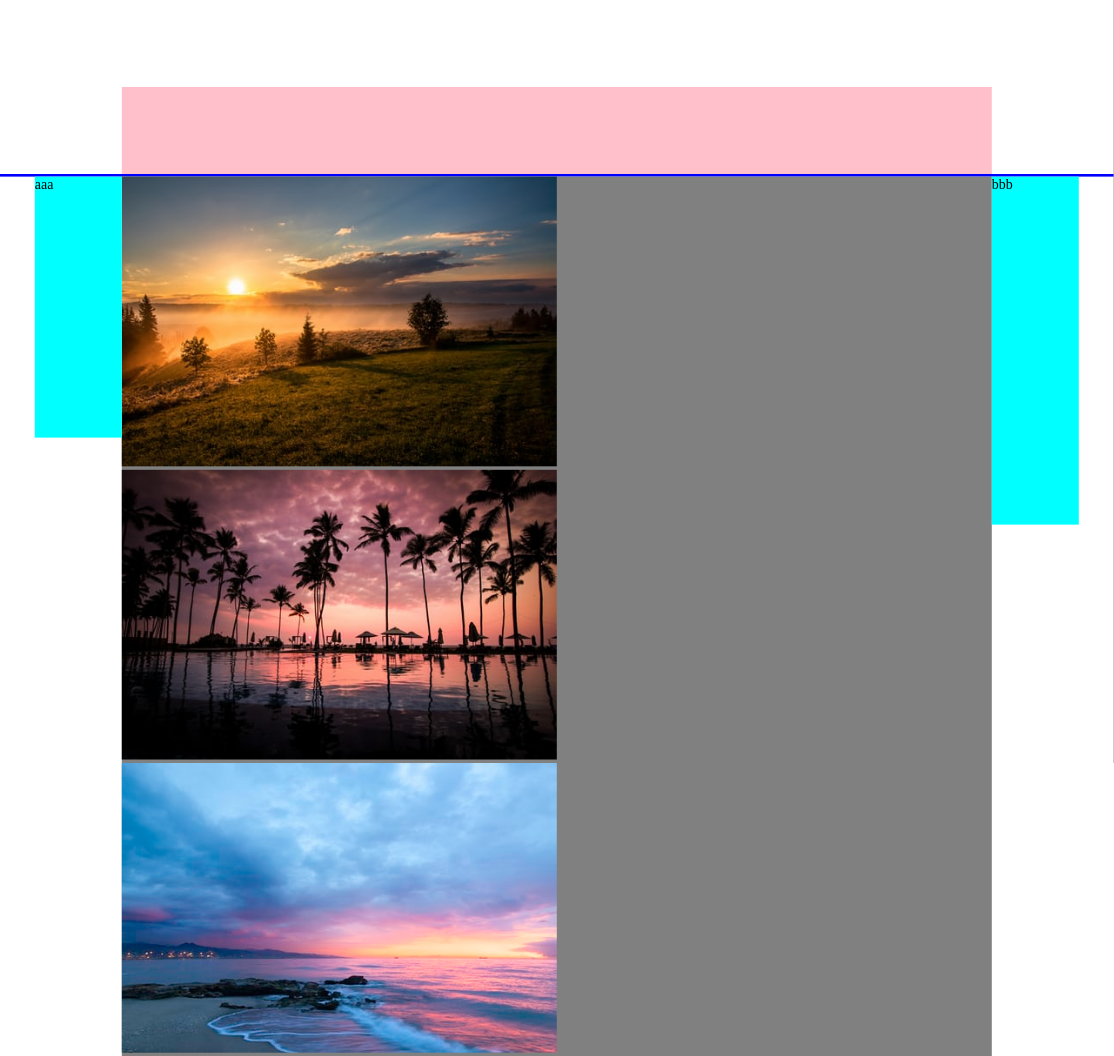
Repository: ArchivvonJang/learn_program_language
Page: webApp/WebContent/Javascript/js21_scrollBanner/img/js21_scrollBanner.html
The author's editor kept a copy of each file at every save. The page is drawn from the files as they stood at one save, then again after the next save.
The browser window is 1280 px wide. The pictures show the whole page, at 87% of full size.

Above is the page before, as saved 2021-03-04 01:07:58.

After the next save:
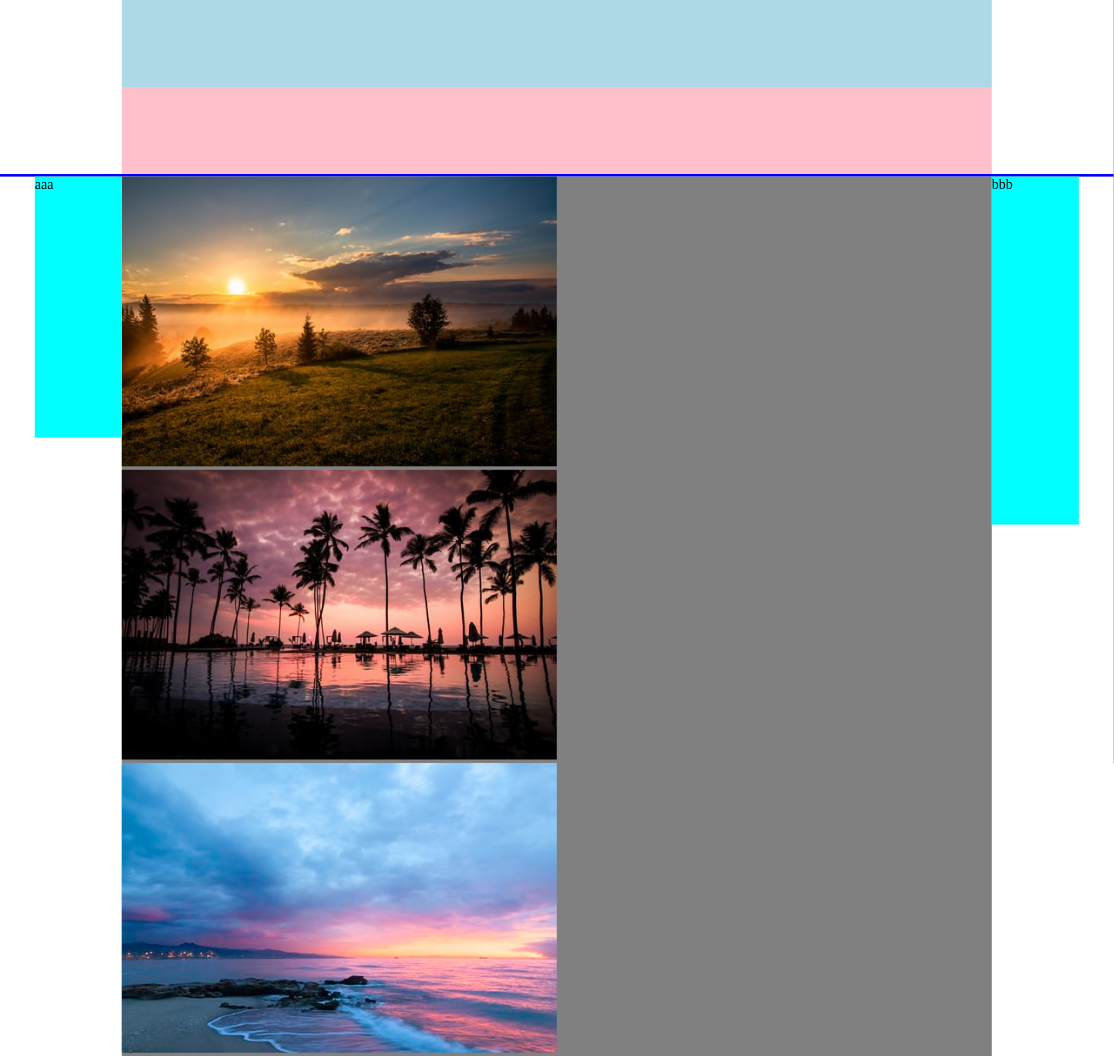
Saved 8 s later.
--- a/webApp/WebContent/Javascript/js21_scrollBanner/img/js21_scrollBanner.html
+++ b/webApp/WebContent/Javascript/js21_scrollBanner/img/js21_scrollBanner.html
@@ -13,7 +13,7 @@
 		margin:0 auto;
 	}
 	#header1{
-		background-color:rightblue;
+		background-color:lightblue;
 	}
 	#header2{
 		background-color:pink;
